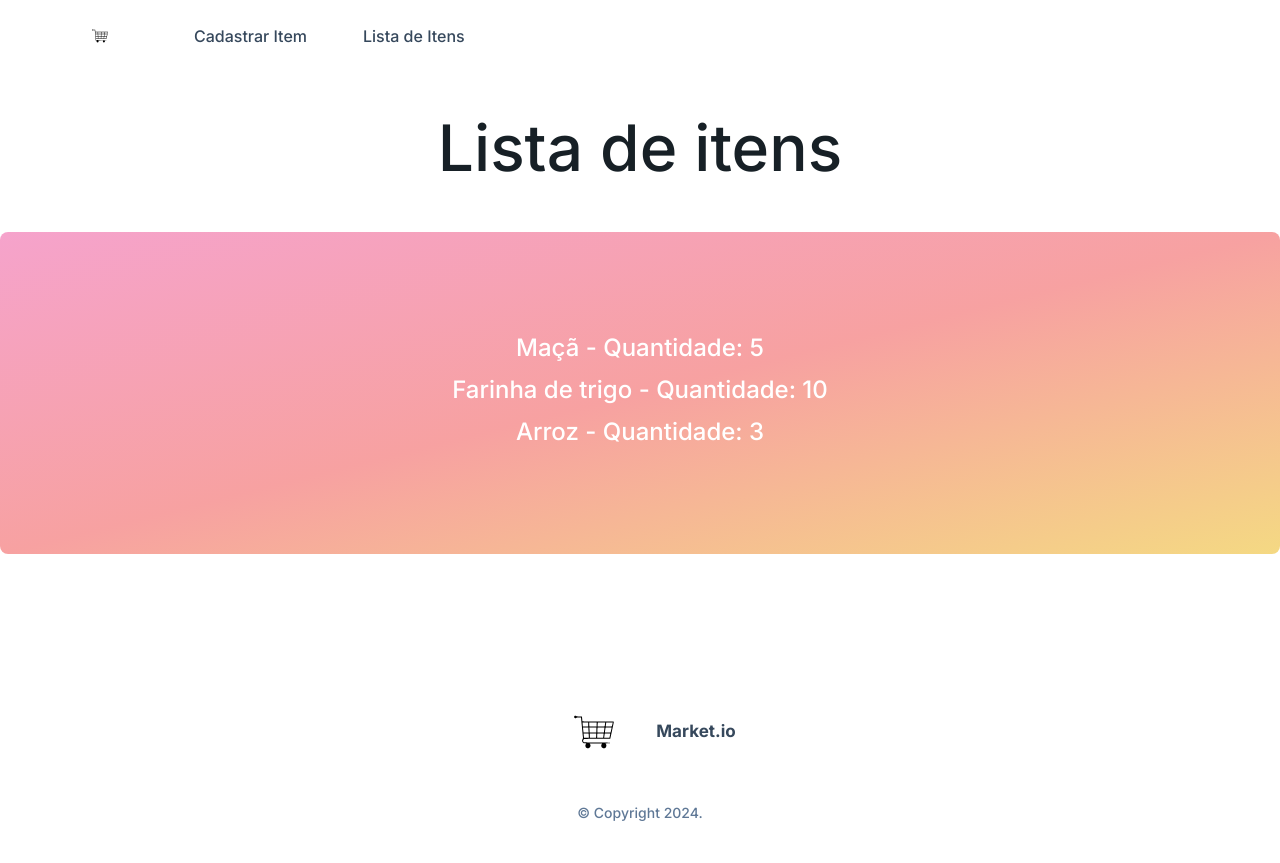
Repository: saraalves09/Avaliacao-01
Page: /list
An editor plug-in stored every save of this project. The page is shown before and after the next save, followed by the edit.
The browser window is 1280 px wide. The pictures show the whole page.
The project was rebuilt for these pictures with package versions that can differ from the ones it lists, and the page was loaded fresh each time. The framework's server and built-in components were replaced by stand-ins that run in the browser. Also part of the build but not shown: next.config.mjs.

Above is the page before, as saved 2024-04-23 22:15:53.

After the next save:
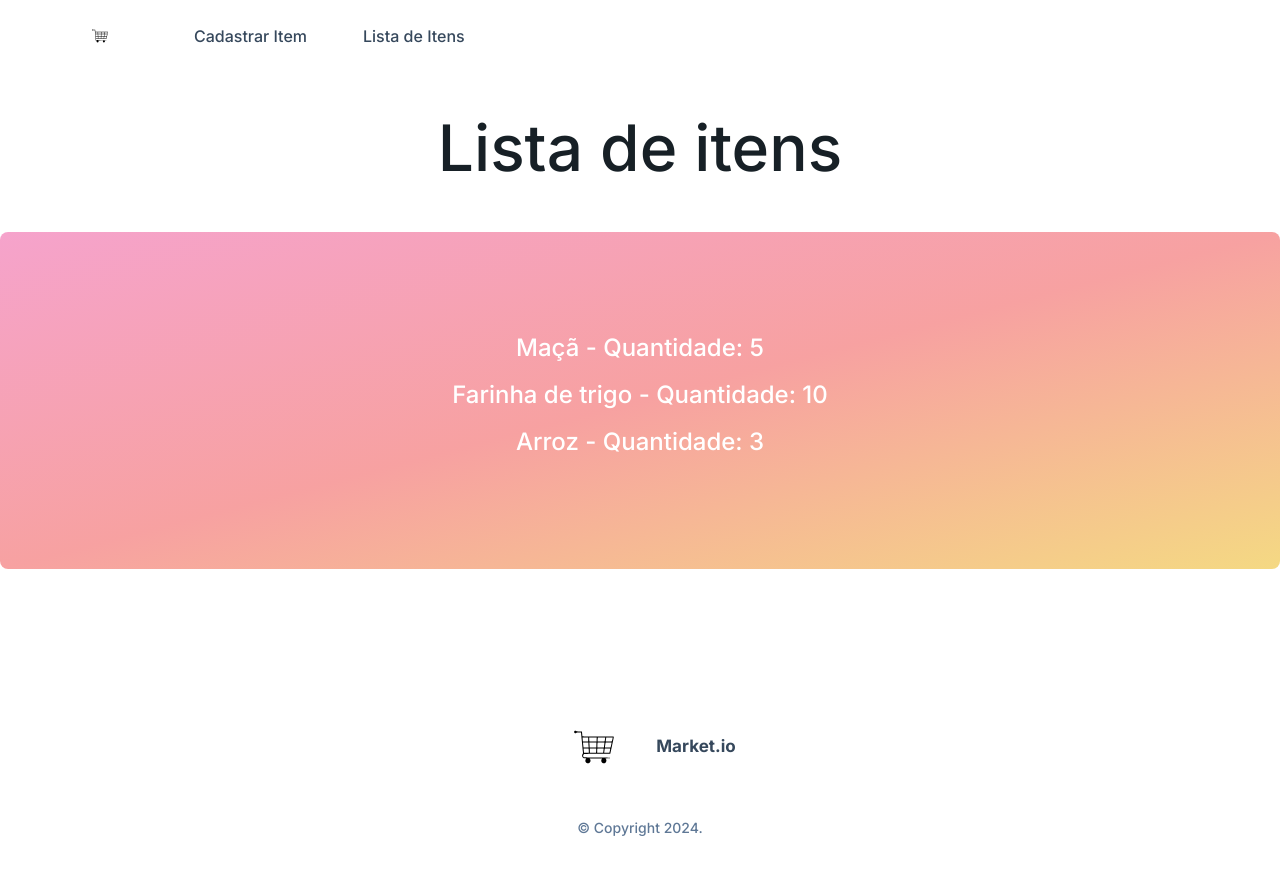
Saved 13 s later.
--- a/app/components/List.tsx
+++ b/app/components/List.tsx
@@ -10,9 +10,9 @@ export function List() {
 
       <div className="flex justify-center text-center text-[20px] text-white text-lg lg:text-2xl font-medium mb-2 lg:mb-4">
       <ul style={{ marginTop: '20px', paddingInlineStart: '0' }}>
-        <li style={{ marginBottom: '10px' }}>Maçã - Quantidade: 5</li>
-        <li style={{ marginBottom: '10px' }}>Farinha de trigo - Quantidade: 10</li>
-        <li style={{ marginBottom: '10px' }}>Arroz - Quantidade: 3</li>
+        <li style={{ marginBottom: '15px' }}>Maçã - Quantidade: 5</li>
+        <li style={{ marginBottom: '15px' }}>Farinha de trigo - Quantidade: 10</li>
+        <li style={{ marginBottom: '15px' }}>Arroz - Quantidade: 3</li>
       </ul>
       </div>
       <div className="relative flex h-full w-full justify-center">
